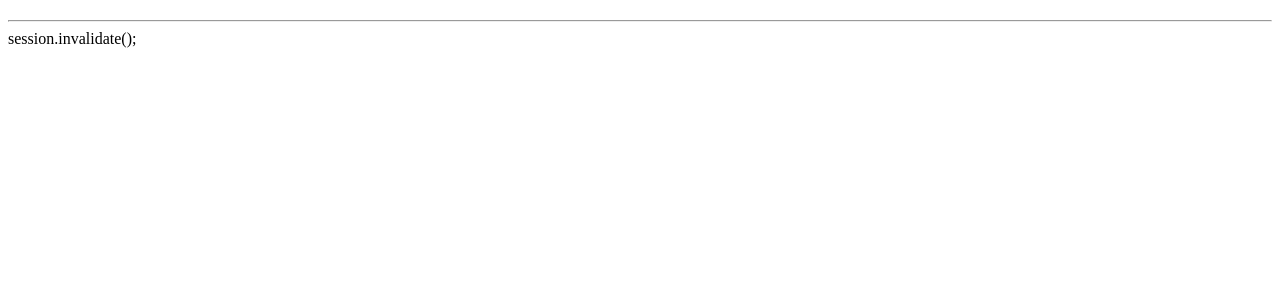
Repository: dongseon-git/WEB_JSP
Page: http://localhost/studyhtml5/jsp/j05/sessionEnd.jsp
The author's editor kept a copy of each file at every save. The page is drawn from the files as they stood at one save, then again after the next save.
The browser window is 1280 px wide. The pictures show the whole page.
The page is served by Tomcat 9. Nobody is signed in. The application's start-up code is not run. Other server files are loaded and not shown.

Above is the page before, as saved 2022-05-20 03:19:43.

### workspace/studyhtml5/WebContent/jsp/j05/sessionEnd.jsp
<%@ page language="java" contentType="text/html; charset=UTF-8"
    pageEncoding="UTF-8"%>
<!DOCTYPE html>
<html>
<head>
<meta charset="UTF-8">
<title>Insert title here</title>
</head>
<body>
<h2></h2>
<hr/>
session.invalidate();
</body>
</html>

After the next save:
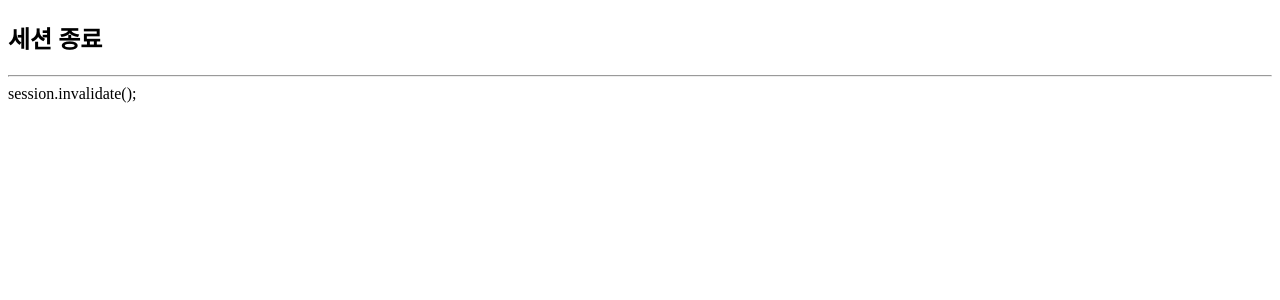
Saved 13 s later.
--- a/workspace/studyhtml5/WebContent/jsp/j05/sessionEnd.jsp
+++ b/workspace/studyhtml5/WebContent/jsp/j05/sessionEnd.jsp
@@ -7,7 +7,7 @@
 <title>Insert title here</title>
 </head>
 <body>
-<h2></h2>
+<h2>세션 종료</h2>
 <hr/>
 session.invalidate();
 </body>
